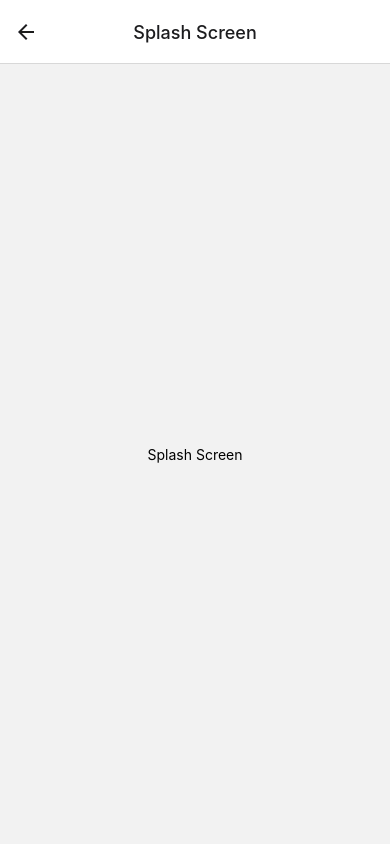
Repository: moronkids/react-native-non-expo
Screen: /Home
These files come from the project's save history. The screen is drawn as it stood at one moment and after the next save; the edit follows.
The app was drawn by React Native's web renderer in a window 390 px wide. The project was rebuilt for these pictures with package versions that can differ from the ones it lists, and the page was loaded fresh each time.

Above is the screen before, as saved 2025-01-11 14:01:47.

After the next save:
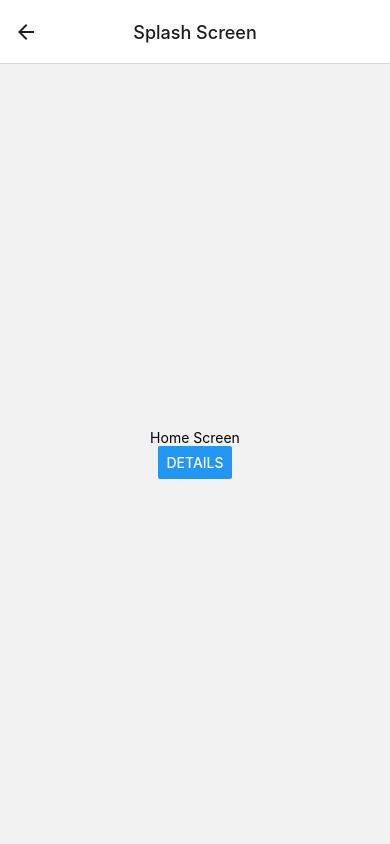
Saved 93 s later.
--- a/src/screens/home/index.tsx
+++ b/src/screens/home/index.tsx
@@ -1,7 +1,9 @@
+import { useNavigation } from '@react-navigation/native';
 import React from 'react';
-import { Text, View } from 'react-native';
+import { Button, Text, View } from 'react-native';
 
 function Index() {
+    const { navigate } = useNavigation();
     return (
         <View style={{
             display: 'flex',
@@ -12,8 +14,9 @@ function Index() {
             <Text style={{
                 textAlign: 'center',
             }}>
-                Splash Screen
+                Home Screen
             </Text>
+            <Button title="details" onPress={() => navigate('Details')}>Go to Details</Button>
         </View>
     );
 }
